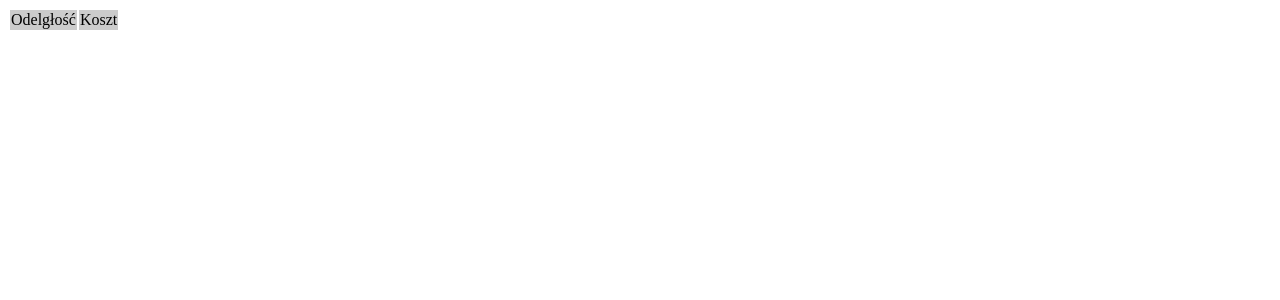
Repository: gabr/workspace
Page: http://localhost/
The author's editor kept a copy of each file at every save. The page is drawn from the files as they stood at one save, then again after the next save.
The browser window is 1280 px wide. The pictures show the whole page.
The page is run by PHP 8.4 with error messages shown; the project is at /var/www/html/.

Above is the page before, as saved 2013-02-25 16:24:52.

After the next save:
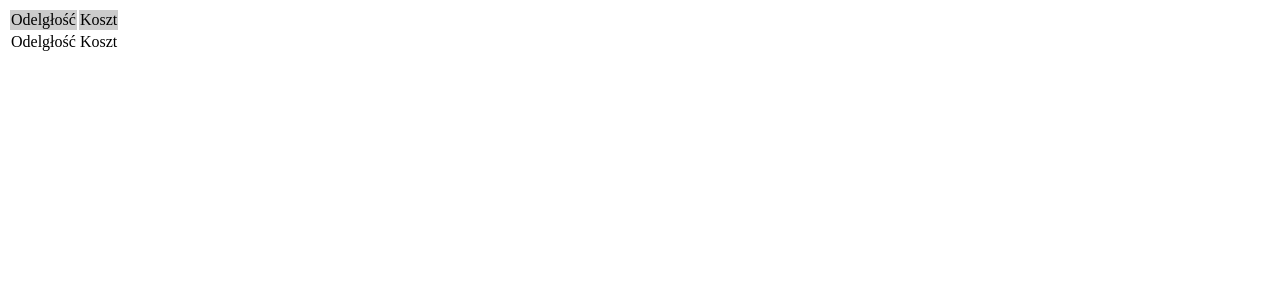
Saved 23 s later.
--- a/php 003 - petle/index.php
+++ b/php 003 - petle/index.php
@@ -6,16 +6,21 @@
 <title>petle</title>
 </head>
 <body>
-<table>
-<tr>
-<td>Odelgłość</td>
-<td>Koszt</td>
-  <?php
+  <table>
+    <tr>
+      <td>Odelgłość</td>
+      <td>Koszt</td>
+    </tr>
+    <tr>
+      <td>Odelgłość</td>
+      <td>Koszt</td>
+    </tr>
+    <?php
 
 
 
-  ?>
-</table>
+    ?>
+  </table>
 
 </body>
 </html>

After the save that followed:
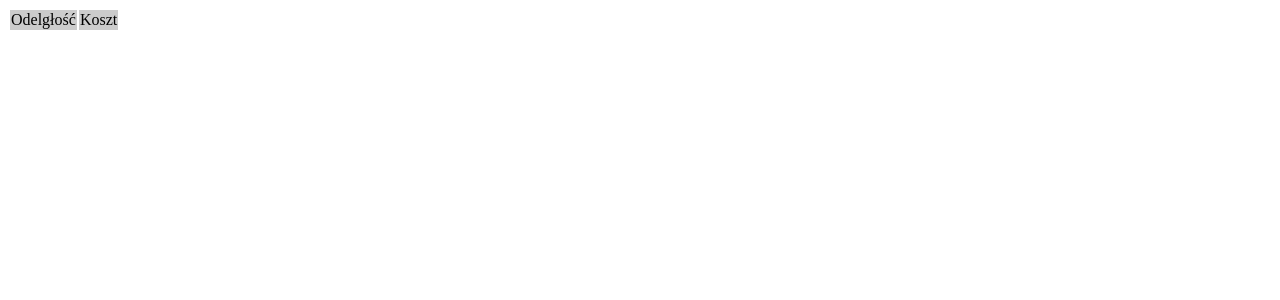
Saved 7 s later.
--- a/php 003 - petle/index.php
+++ b/php 003 - petle/index.php
@@ -11,10 +11,7 @@
       <td>Odelgłość</td>
       <td>Koszt</td>
     </tr>
-    <tr>
-      <td>Odelgłość</td>
-      <td>Koszt</td>
-    </tr>
+
     <?php
 
 
